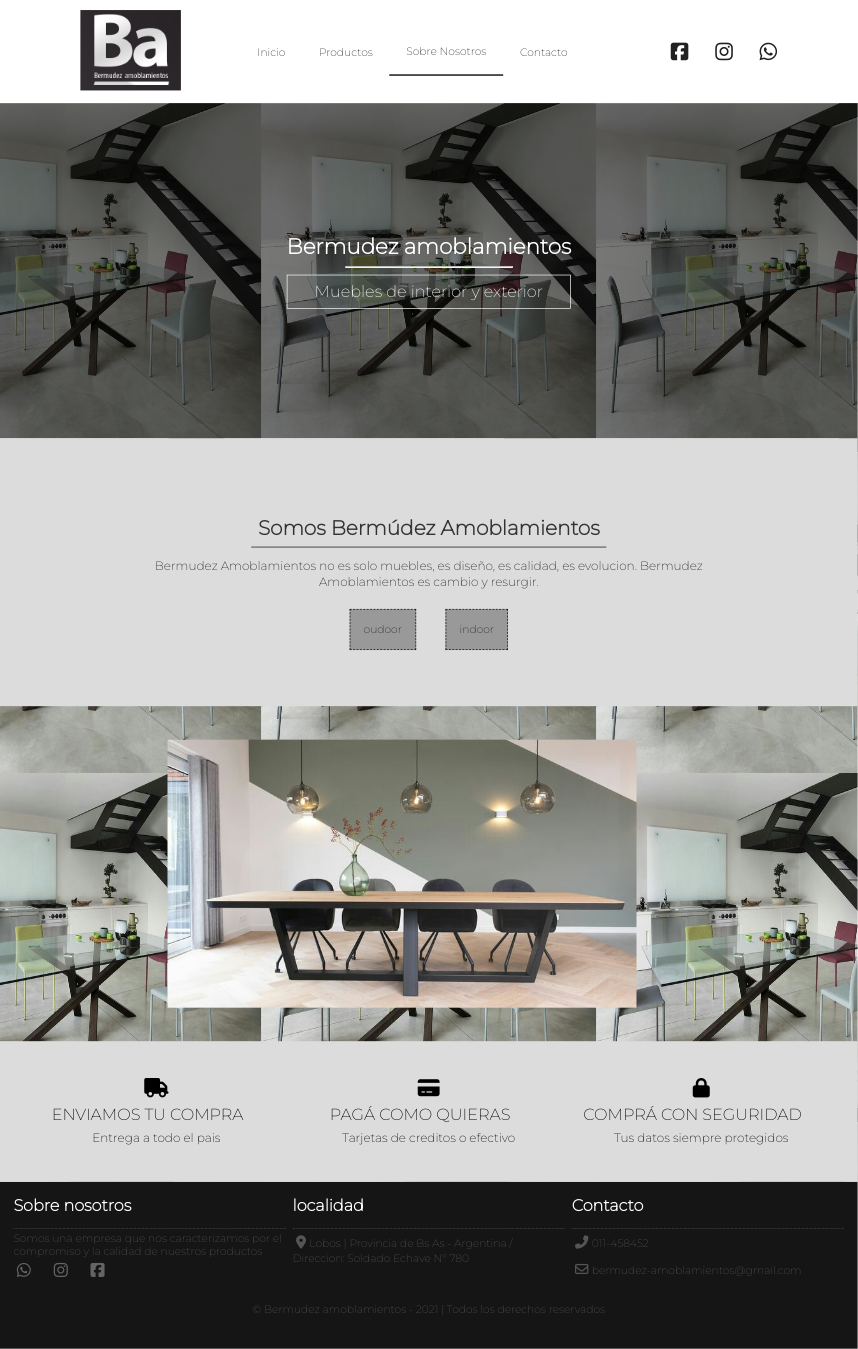
Repository: DamianBermudez94/Bermudez-amoblamientos
Page: index.html
The author's editor kept a copy of each file at every save. The page is drawn from the files as they stood at one save, then again after the next save.
The browser window is 1280 px wide. The pictures show the whole page, at 67% of full size.
Backgrounds fixed to the window are drawn as part of the page. Some web libraries are served in a nearby version.

Above is the page before, as saved 2022-09-22 19:28:33.

After the next save:
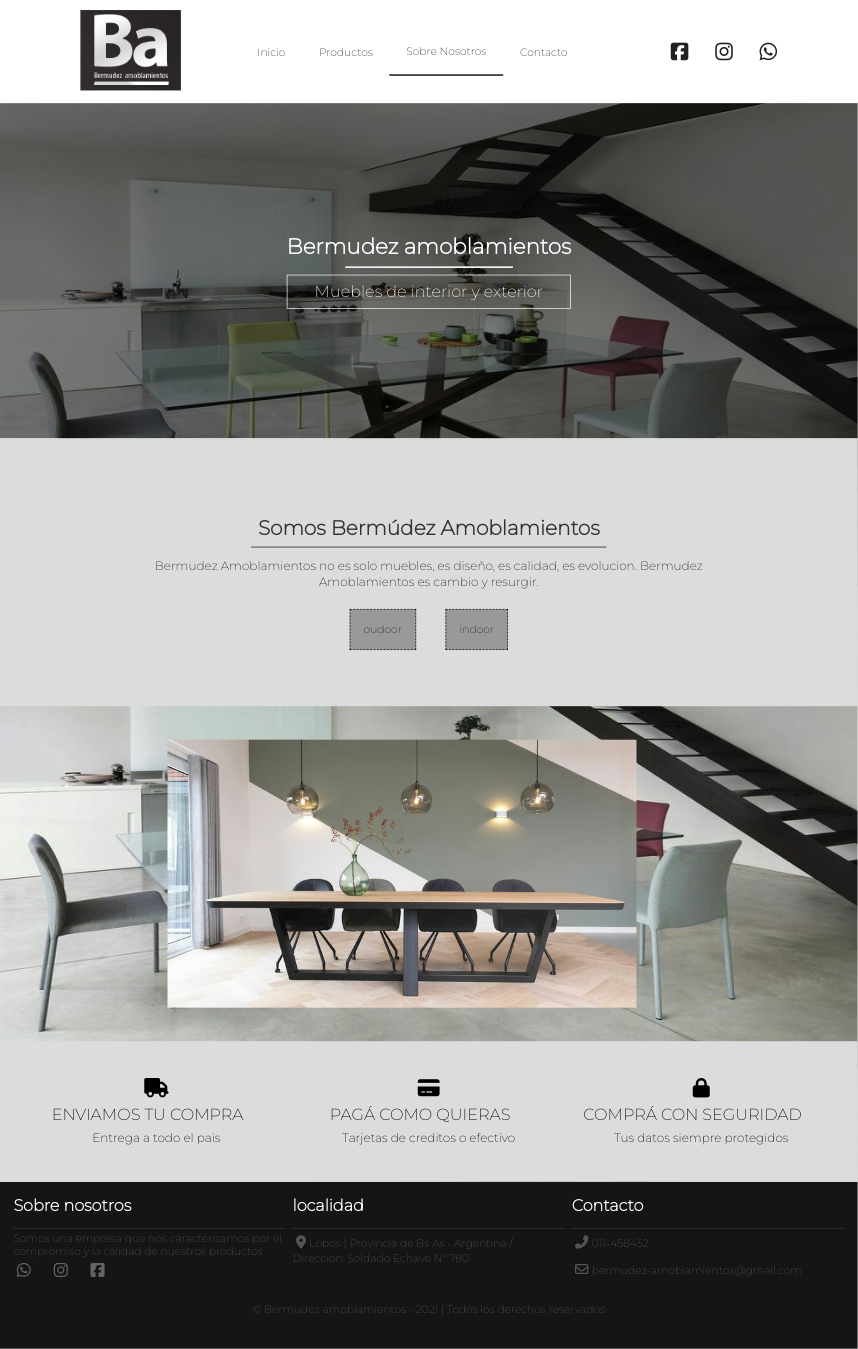
Saved 9 s later.
--- a/index.css
+++ b/index.css
@@ -38,7 +38,7 @@
   background-position: center;
   background-attachment: fixed;
   background-repeat: no-repeat;
-  background-size: 500px 500px;
+  background-size:100%;
 
 }
 
